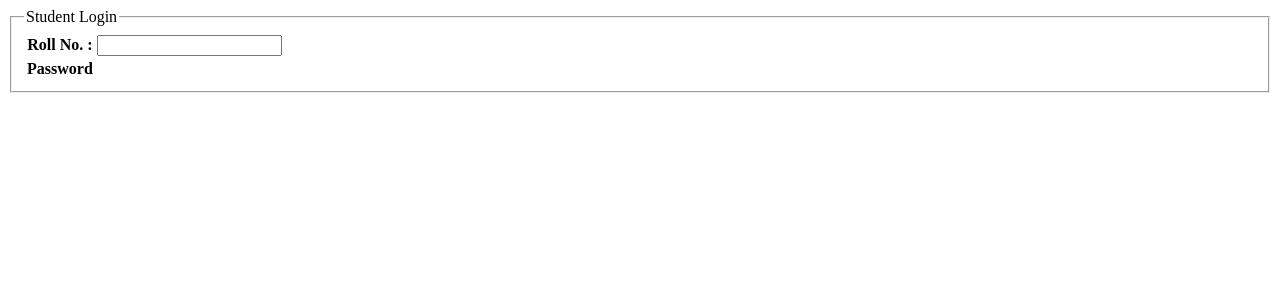
Repository: Harshithahamsa/java_practice
Page: http://localhost/student/login
These files come from the project's save history. The page is drawn as it stood at one moment and after the next save; the edit follows.
The browser window is 1280 px wide. The pictures show the whole page.
The page is served by Tomcat 9. Other server files are loaded and not shown.

Above is the page before, as saved 2022-01-27 13:14:20.

### HibernateWithJPA/student/src/main/webapp/WEB-INF/dispatcher-servlet.xml
<?xml version="1.0" encoding="UTF-8"?>
<beans xmlns="http://www.springframework.org/schema/beans"
	xmlns:mvc="http://www.springframework.org/schema/mvc"
	xmlns:context="http://www.springframework.org/schema/context"
	xmlns:xsi="http://www.w3.org/2001/XMLSchema-instance"
	xmlns:p="http://www.springframework.org/schema/p"
	xsi:schemaLocation="http://www.springframework.org/schema/mvc
	http://www.springframework.org/schema/mvc/spring-mvc.xsd
	http://www.springframework.org/schema/beans
	http://www.springframework.org/schema/beans/spring-beans-3.0.xsd
	http://www.springframework.org/schema/context
	http://www.springframework.org/schema/context/spring-context-3.0.xsd">

	<mvc:annotation-driven/>
	<context:component-scan base-package="com.te.student"/>

	<bean class="org.springframework.web.servlet.view.InternalResourceViewResolver">
		<property name="prefix" value="WEB-INF/views/"></property>
		<property name="suffix" value=".jsp"></property>
	</bean>

</beans>

### HibernateWithJPA/student/src/main/webapp/WEB-INF/views/login.jsp
<%@ page language="java" contentType="text/html; charset=ISO-8859-1"
	pageEncoding="ISO-8859-1"%>
<!DOCTYPE html>
<html>
<head>
<meta charset="ISO-8859-1">
<title>Insert title here</title>
</head>
<body>

	<fieldset>
		<legend>Student Login</legend>
		<table>
			<tr>
				<th> <label>Roll  No. : </label> </th>
				<td> <input type="text" name="rollno"> </td>
			 </tr>
			 <tr>
			 	<th> <label>Password</label> </th>
			  </tr>
		</table>

	</fieldset>

</body>
</html>

### HibernateWithJPA/student/src/main/java/com/te/student/controller/StudentController.java
package com.te.student.controller;

import org.springframework.stereotype.Controller;
import org.springframework.web.bind.annotation.GetMapping;

@Controller
public class StudentController {

	@GetMapping("/login")
	public String login() {
		return "login";
	}
}

After the next save:
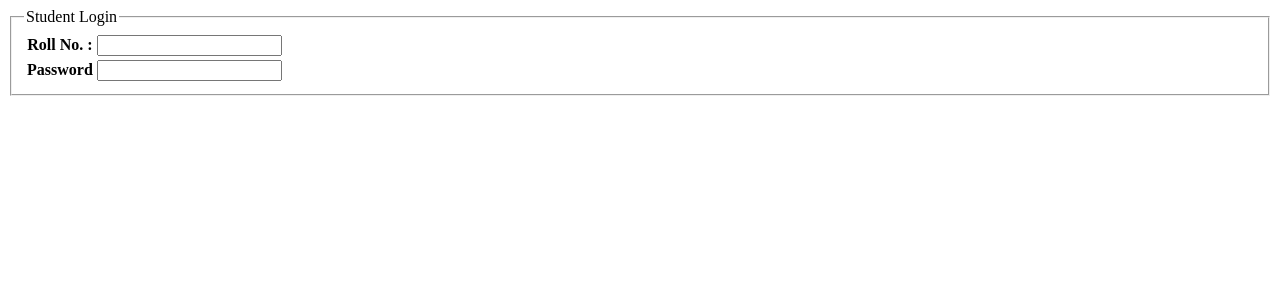
Saved 36 s later.
--- a/HibernateWithJPA/student/src/main/webapp/WEB-INF/views/login.jsp
+++ b/HibernateWithJPA/student/src/main/webapp/WEB-INF/views/login.jsp
@@ -17,6 +17,7 @@
 			 </tr>
 			 <tr>
 			 	<th> <label>Password</label> </th>
+			 	<td> <input type="password" name="password">  </td>
 			  </tr>
 		</table>
 
